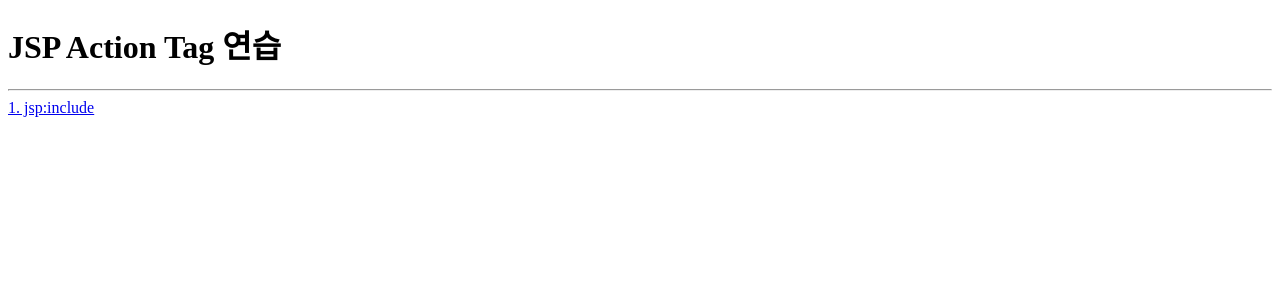
Repository: ajtwls1256/Web-workspace
Page: Day55-jspTag/WebContent/index.html
These files come from the project's save history. The page is drawn as it stood at one moment and after the next save; the edit follows.
The browser window is 1280 px wide. The pictures show the whole page.

Above is the page before, as saved 2019-10-14 01:04:05.

After the next save:
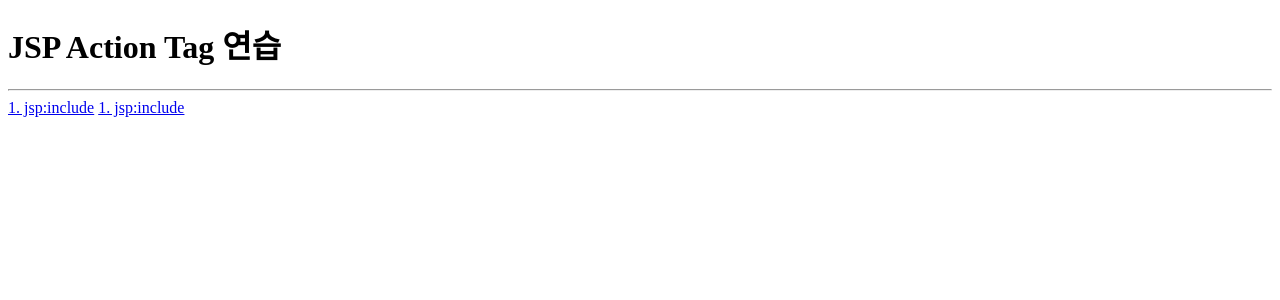
Saved 44 s later.
--- a/Day55-jspTag/WebContent/index.html
+++ b/Day55-jspTag/WebContent/index.html
@@ -9,5 +9,7 @@
 	<hr>
 	<!-- context root 가 /jsp이므로 a태그와 같이 브라우저에서 읽어지는 태그에선 context root에 맞춰서 넣어준다. -->
 	<a href="/jsp/actionTag/jsp_include.jsp">1. jsp:include</a>
+
+	<a href="/jsp/actionTag/jsp_forward.jsp">1. jsp:include</a>
 </body>
 </html>
